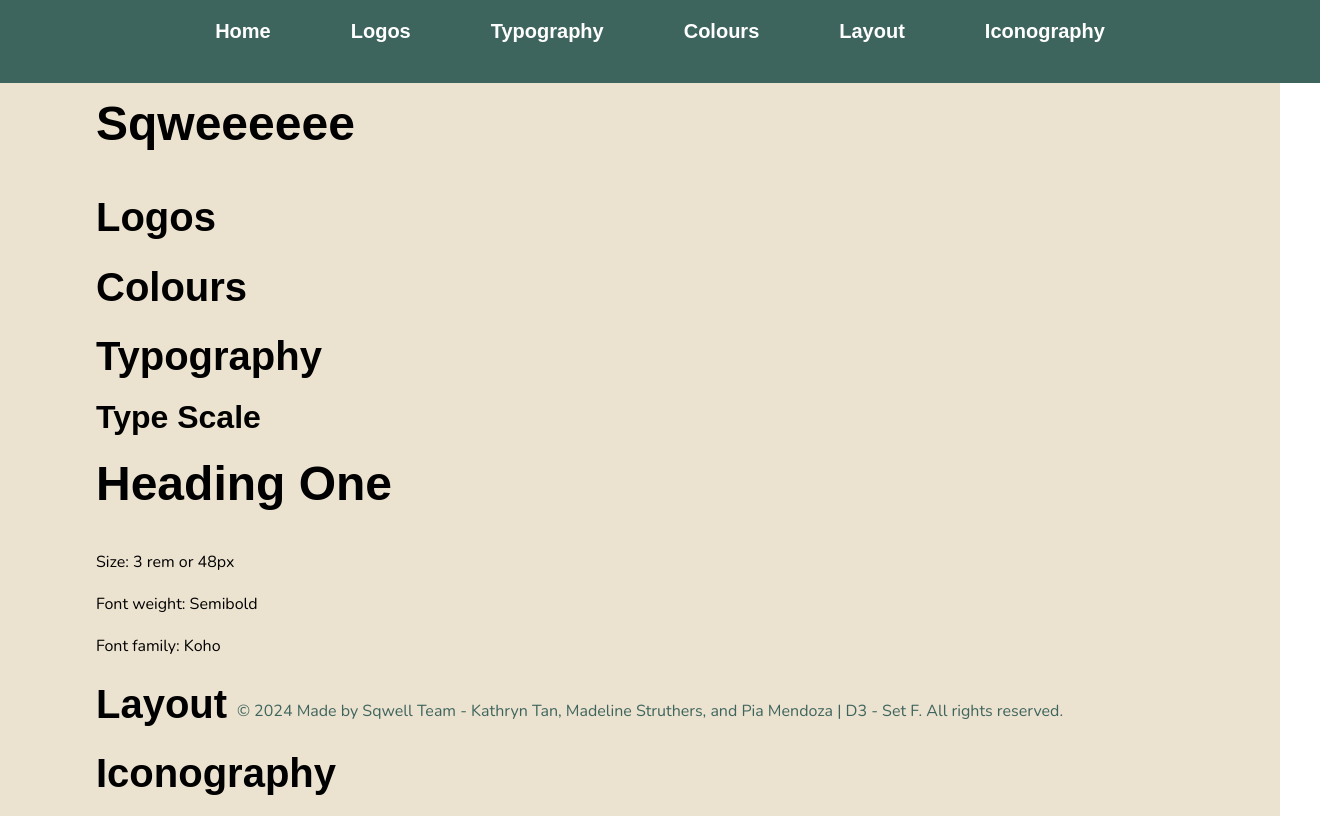
Repository: lpcmendoza/sqwell_styleguide
Page: /
An editor plug-in stored every save of this project. The page is shown before and after the next save, followed by the edit.
The browser window is 1280 px wide. The page is 1320 px wide, so the pictures cover 1320 px, including what lies to the right of the window. The pictures show the whole page.
Some web fonts or font styles are not loaded; a fallback is used. The project was rebuilt for these pictures with package versions that can differ from the ones it lists, and the page was loaded fresh each time. The framework's server and built-in components were replaced by stand-ins that run in the browser. Also part of the build but not shown: next.config.mjs.

Above is the page before, as saved 2024-04-07 17:53:44.

After the next save:
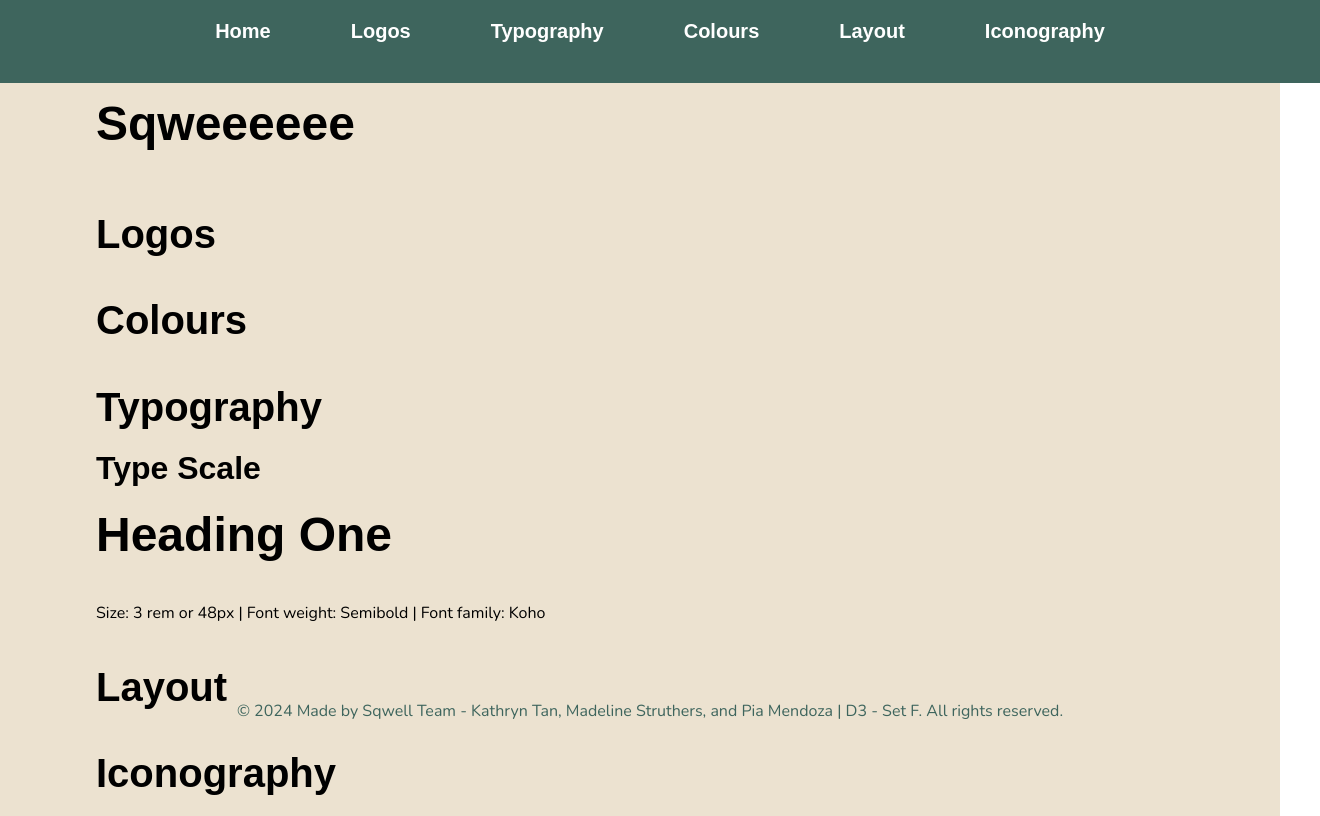
Saved 54 s later.
--- a/components/Typography/index.js
+++ b/components/Typography/index.js
@@ -7,10 +7,7 @@
             <h3 className={styles.typscale}>Type Scale</h3>
             <ul className={styles.typescaleDetails}>
                 <li>
-                <h1>Heading One</h1>
-                <p>Size: 3 rem or 48px</p>
-                <p>Font weight: Semibold</p>
-                <p>Font family: Koho</p>
+                <h1>Heading One</h1> <p>Size: 3 rem or 48px  |  Font weight: Semibold  |  Font family: Koho</p>
                 </li>
 
             </ul>
